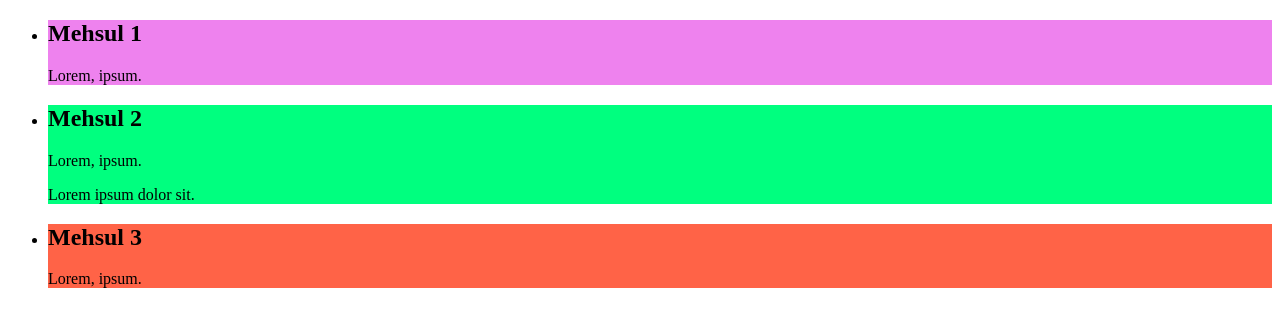
Repository: AytacSafarova/task-111
Page: index.html
The author's editor kept a copy of each file at every save. The page is drawn from the files as they stood at one save, then again after a run of saves.
The browser window is 1280 px wide. The pictures show the whole page.

Above is the page before, as saved 2023-09-25 11:32:25.

### index.html
<!DOCTYPE html>
<html lang="en">
<head>
  <meta charset="UTF-8">
  <meta name="viewport" content="width=device-width, initial-scale=1.0">
  <title>Document</title>
</head>
<style>
  .text{
    color: yellow;
  }
  .bold-text{
    font-weight: bold;
  }
  .list-1 h2{
color: blue;
  }
li:first-child{
  background-color: violet;
}
li:last-child{
  background-color: tomato;
}
li:nth-child(2){
  background-color: springgreen;
}
  </style>
<body>
<ul>
  <li>
    <h2>Mehsul 1</h2>
    <p>Lorem, ipsum.</p>
  </li>
  <li>
    <h2>Mehsul 2</h2>
    <p>Lorem, ipsum.</p>
    <span>
      Lorem ipsum dolor sit.
    </span>
  </li>
  <li>
    <h2>Mehsul 3</h2>
    <p>Lorem, ipsum.</p>
  </li>
</ul>
</body>
</html>

After the next 3 saves:
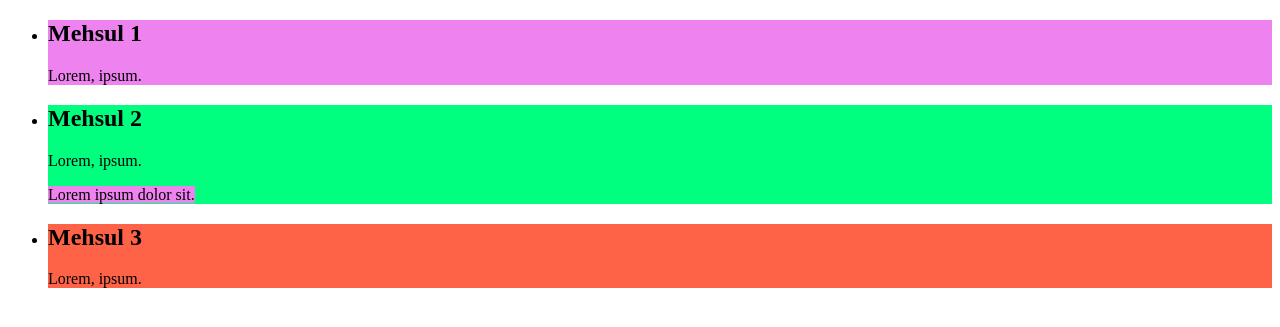
The 3 saves are shown as one change because they came seconds apart.
The last was saved 9 s later.
--- a/index.html
+++ b/index.html
@@ -24,6 +24,9 @@ li:last-child{
 li:nth-child(2){
   background-color: springgreen;
 }
+span{
+  background-color: violet;
+}
   </style>
 <body>
 <ul>
